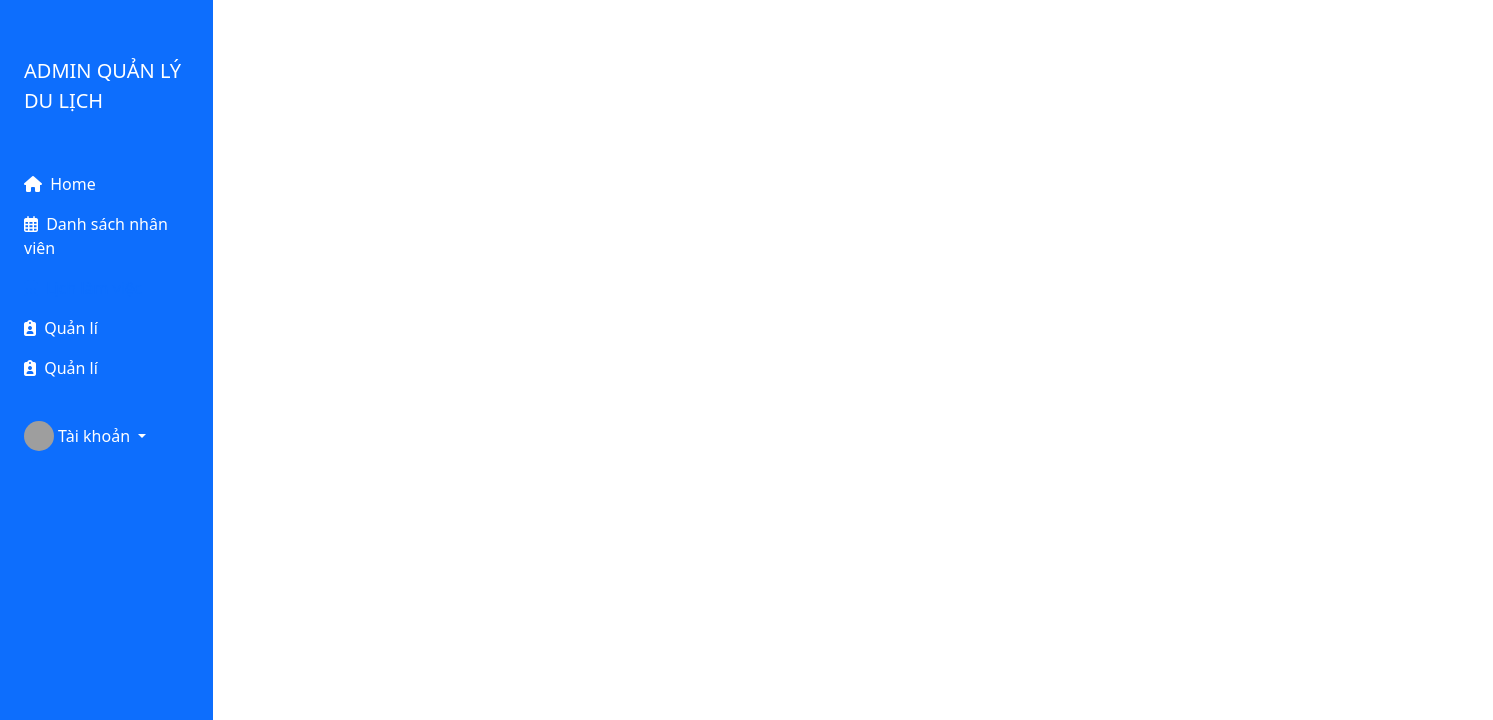
Repository: vantohuu/BOOKINGTOUR
Page: http://localhost/BOOKINGTOUR/WEB-INF/views/admin/admin.jsp
The author's editor kept a copy of each file at every save. The page is drawn from the files as they stood at one save, then again after the next save.
The browser window is 1280 px wide. The page is 1493 px wide, so the pictures cover 1493 px, including what lies to the right of the window. The pictures show the whole page.
Pictures or frames that could not be fetched are drawn as grey boxes. Some web libraries are served in a nearby version. The page is served by Tomcat 9. Nobody is signed in. The template is opened directly, without the code that normally fills it, so the values that code supplies are empty.

Above is the page before, as saved 2023-05-04 13:14:34.

After the next save:
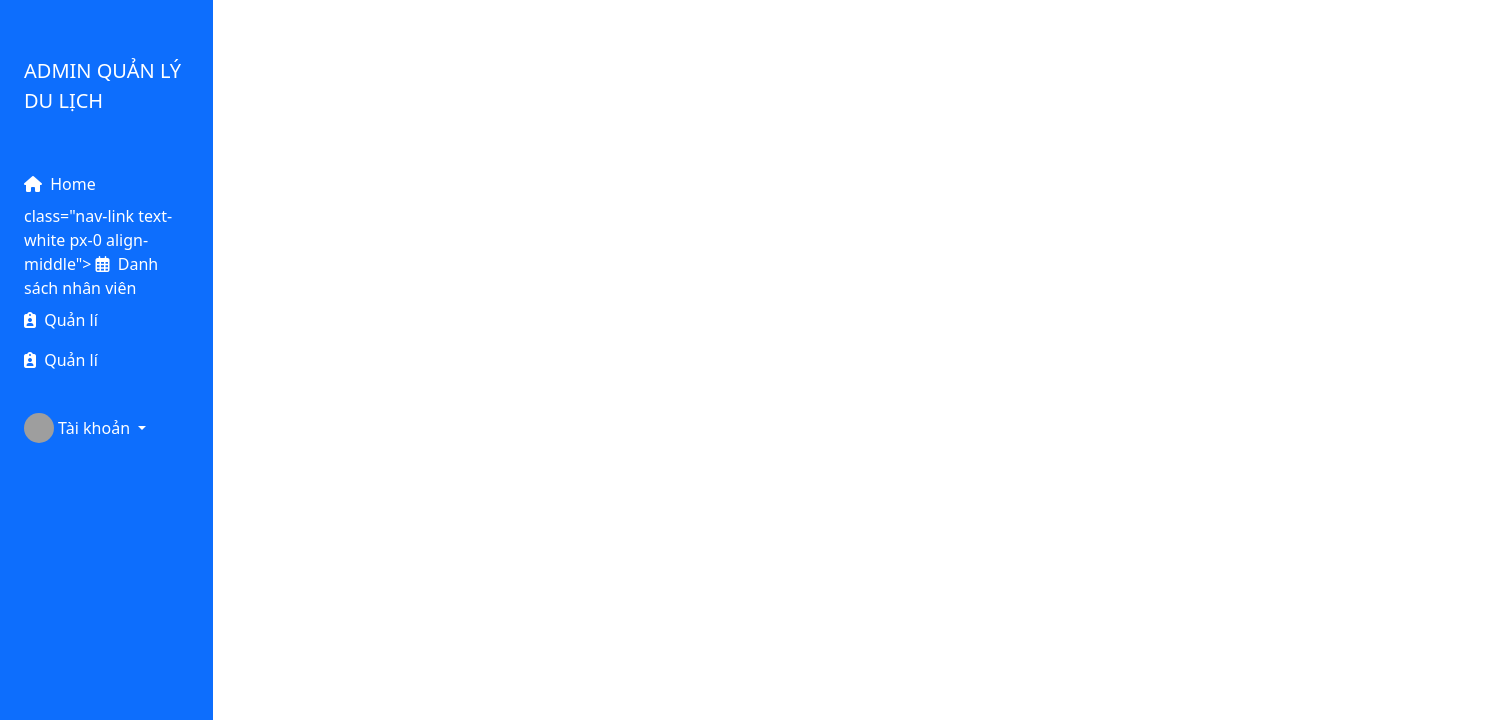
Saved 75 s later.
--- a/BOOKINGTOUR/src/main/webapp/WEB-INF/views/admin/admin.jsp
+++ b/BOOKINGTOUR/src/main/webapp/WEB-INF/views/admin/admin.jsp
@@ -26,16 +26,11 @@
                             <span class="ms-1 d-none d-sm-inline">Home</span>
                         </a>
                     </li>
-                  <li><a href="#submenu1" data-bs-toggle="collapse"
+                  <li>
 							class="nav-link text-white px-0 align-middle">
 							<i class="fa-regular fa-calendar-days"></i> <span
 								class="ms-1 d-none d-sm-inline">Danh sách nhân viên</span>
-						</a></li>
-                    <li>
-                        <a href="lich.htm" class="nav-link px-0 align-middle">
-                           <i class="fa-solid fa-calendar-days"></i>
-                           <span class="ms-1 d-none d-sm-inline">Lịch làm việc</span></a>
-                    </li>
+						</li>
                     <li>
                         <a href="#submenu2" data-bs-toggle="collapse" class="nav-link text-white px-0 align-middle ">
                             <i class="fa-solid fa-clipboard-user"></i>
